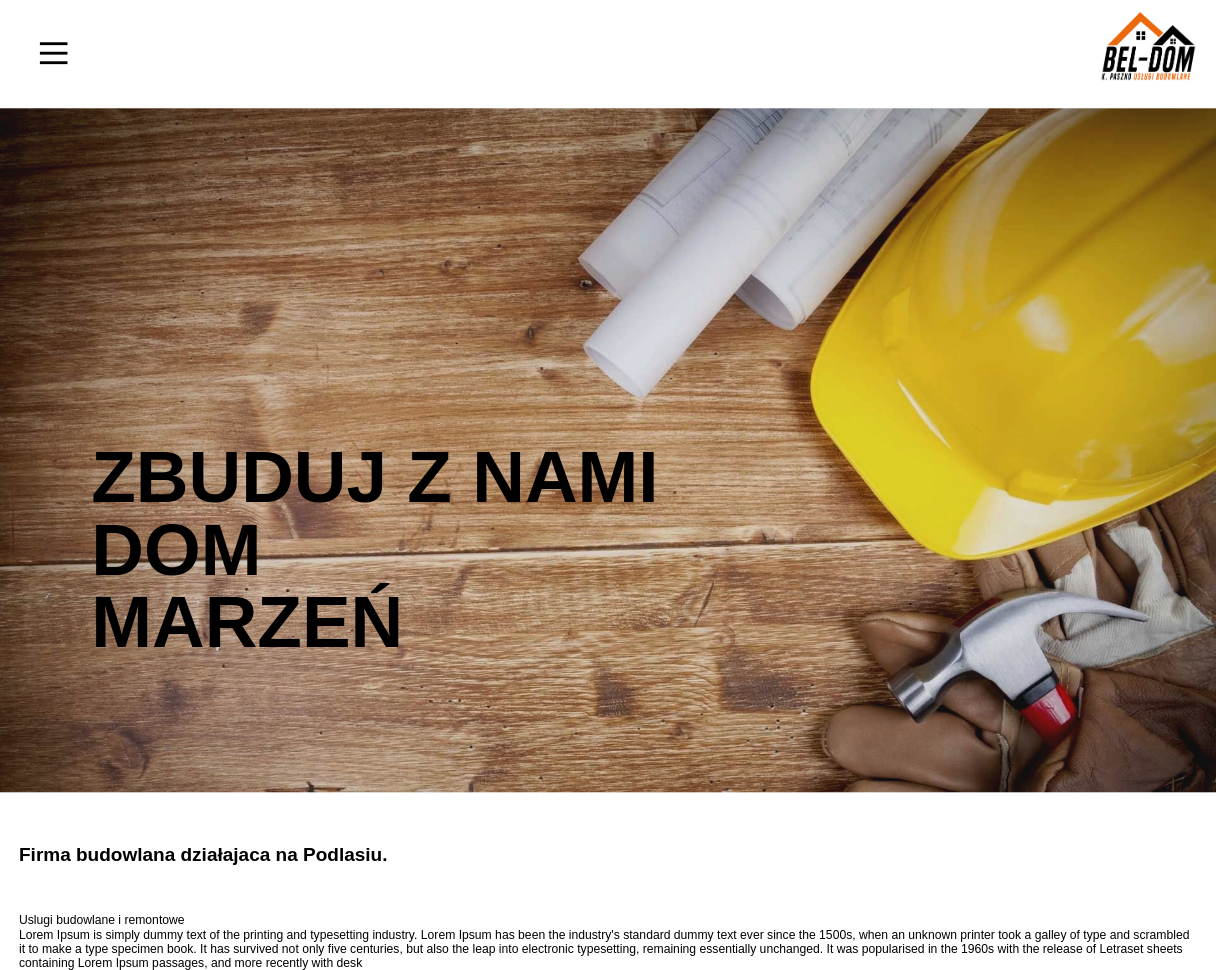
Repository: JakubPaszko2001/bel
Page: index.html
The author's editor kept a copy of each file at every save. The page is drawn from the files as they stood at one save, then again after the next save.
The browser window is 1280 px wide. The pictures show the whole page, at 95% of full size.
Some web fonts or font styles are not loaded; a fallback is used.

Above is the page before, as saved 2022-01-05 21:47:07.

### index.html
<!DOCTYPE html>
<html lang="pl-PL">
<head>
    <meta charset="UTF-8">
    <meta http-equiv="X-UA-Compatible" content="IE=edge">
    <meta name="viewport" content="width=device-width, initial-scale=1.0">
    <title>BEL-DOM</title>
    <link rel="preconnect" href="https://fonts.googleapis.com">
    <link rel="preconnect" href="https://fonts.gstatic.com" crossorigin>
    <link href="https://fonts.googleapis.com/css2?family=Prompt:wght@300;400;700&display=swap" rel="stylesheet">
    <link rel="stylesheet" href="style.css">
</head>
<body>
<!-- HEADER -->
<header>
    <div class="container">
        <!-- SPAN -->
        <button class="hamburger">
            <span class="hamburger__menu">
                <span class="hamburger__inner"></span>
            </span>
        </button>
        <!-- LOGO -->
        <div class="header__logo">
            <img class="logo__pic" src="./images/logo.png" alt="logo">
        </div>
    </div>
</header>
<!-- MAIN -->
<main>
    <!-- NAV -->
    <div class="navigation">
        <ul class="navigation__list">
            <li class="navigation__item"><a href="#">jeden</a></li>
            <li class="navigation__item"><a href="#">dwa</a></li>
            <li class="navigation__item"><a href="#">trzy</a></li>
            <li class="navigation__item"><a href="#">cztery</a></li>
        </ul>
    </div>
    <!-- MAIN CONTAINER -->
    <div class="main__container">
        <div class="background__pic">
            <img src="./images/tlo1.png" alt="background">
        </div>
    <!-- TEXT ON IMG -->
    <h1 class="text">ZBUDUJ Z NAMI <br>DOM <br> MARZEŃ</h1>
    </div>
    <!-- TEXT -->
    <div class="main__text">
        <h1 class="main__text-h1">Firma budowlana działajaca na Podlasiu.</h1>
        <h3 class="main__text-h3">Uslugi budowlane i remontowe</h3>
        <h4 class="main__text-h4">Lorem Ipsum is simply dummy text of the printing and typesetting industry. Lorem Ipsum has been the industry's standard dummy text ever since the 1500s, when an unknown printer took a galley of type and scrambled it to make a type specimen book. It has survived not only five centuries, but also the leap into electronic typesetting, remaining essentially unchanged. It was popularised in the 1960s with the release of Letraset sheets containing Lorem Ipsum passages, and more recently with desk</h4>
    </div>
</main>
<script src="./js/script.js" type="text/javascript"></script>
</body>
</html>

### style.css
:root {
    /* WEIGHT */
    --ww-bold: 700;
    --ww-normal: 400;
    --ww-small: 300;
    /* COLORS */
    --color-orange: #EB680D;
    --color-black: #000000;
    /* SPACING */
    --margin: 1.25em;
    /* FONT SIZE */
    --fs-12: 1.25em;
    --fs-10: 0.8em;

}
* {
    margin: 0;
    padding: 0;
    box-sizing: border-box;
    font-family: 'Prompt', sans-serif;}
img {
    width: 100%;
    object-fit: cover;
}
.logo__pic {
    width: 6.875em;
    height: 6.875em;
}
.container {
    display: flex;
    margin: 0 var(--margin);
    justify-content: space-between;
    align-items: center;
}
.hamburger {
    padding: 1.625em;
    display: inline-block;
    cursor: pointer;
    background: transparent;
    border: 0;
    margin: 0;
}
.hamburger__menu  {
    width: 2.1875em;
    height: var(--margin);
    display: inline-block;
    position: relative;
}
.hamburger__inner {
    z-index: 999;
    width: 100%;
    height: 3px;
    background-color: black;
    position: absolute;
    left: 0;
    top: 50%;
    transform: translateY(-50%);
    transition: background-color 0.1s 0.2s ease-in-out;
}
.hamburger__inner::before,
.hamburger__inner::after {
    content: '';
    width: 100%;
    height: 3px;
    background-color: var(--color-black);
    position: absolute;
    left: 0;
    transition: transform 0.2s 0.2s ease-in-out;

}
.hamburger__inner::before {
    /* transform: translateY(-10px); */
    top: -10px;
}
.hamburger__inner::after {
    /* transform: translateY(10px); */
    top: 10px;
}
.hamburger--active .hamburger__inner {
    background-color: transparent;
}
.hamburger--active .hamburger__inner::before {
    transform: translateY(10px) rotate(45deg);
    background-color: var(--color-orange);
}
.hamburger--active .hamburger__inner::after {
    transform: translateY(-10px) rotate(-45deg);
    background-color: var(--color-orange);
}
.navigation {
    position: absolute;
    top: 0;
    left: 0;
    width: 10.9375em;
    height: 100vh;
    background-color: var(--color-black);
    display: flex;
    flex-direction: column;
    align-items: center;
    transform: translateX(-200px);
    transition: transform 0.3s 0.1s ease-in-out;
    z-index: 100;
}
.navigation--active {
    transform: translateX(0px);
}
.navigation__list {
    list-style: none;
}
.navigation__item {
    margin-bottom: 2.5em;
}
li:first-child {
    margin-top: 9.375em;
}
a {
    text-decoration: none;
    color: var(--color-orange);
    font-size: var(--margin);
}
.main__container {
    position: relative;
    z-index: 1;
}
.text {
    position: absolute;
    bottom: 20%;
    left: var(--margin);
    /* border: springgreen solid; */
    line-height: 1em;
    font-size: 6vw;
    font-weight: var(--ww-bold);
}
.main__text {
    margin: 0 var(--margin);
}
.main__text-h1 {
    margin-top: 2.5em;
    margin-bottom: 2.5em;
    font-size: var(--fs-12);
    font-weight: var(--ww-bold);

}
.main__text-h3 {
    font-size: var(--fs-10);
    font-weight: var(--ww-normal);
}
.main__text-h4 {
    font-size: var(--fs-10);
    font-weight: var(--ww-normal);
}

### js/script.js
const hamburger = document.querySelector('.hamburger');
const Click = () => {
    hamburger.classList.toggle('hamburger--active');
}
hamburger.addEventListener('click',Click);

After the next save:
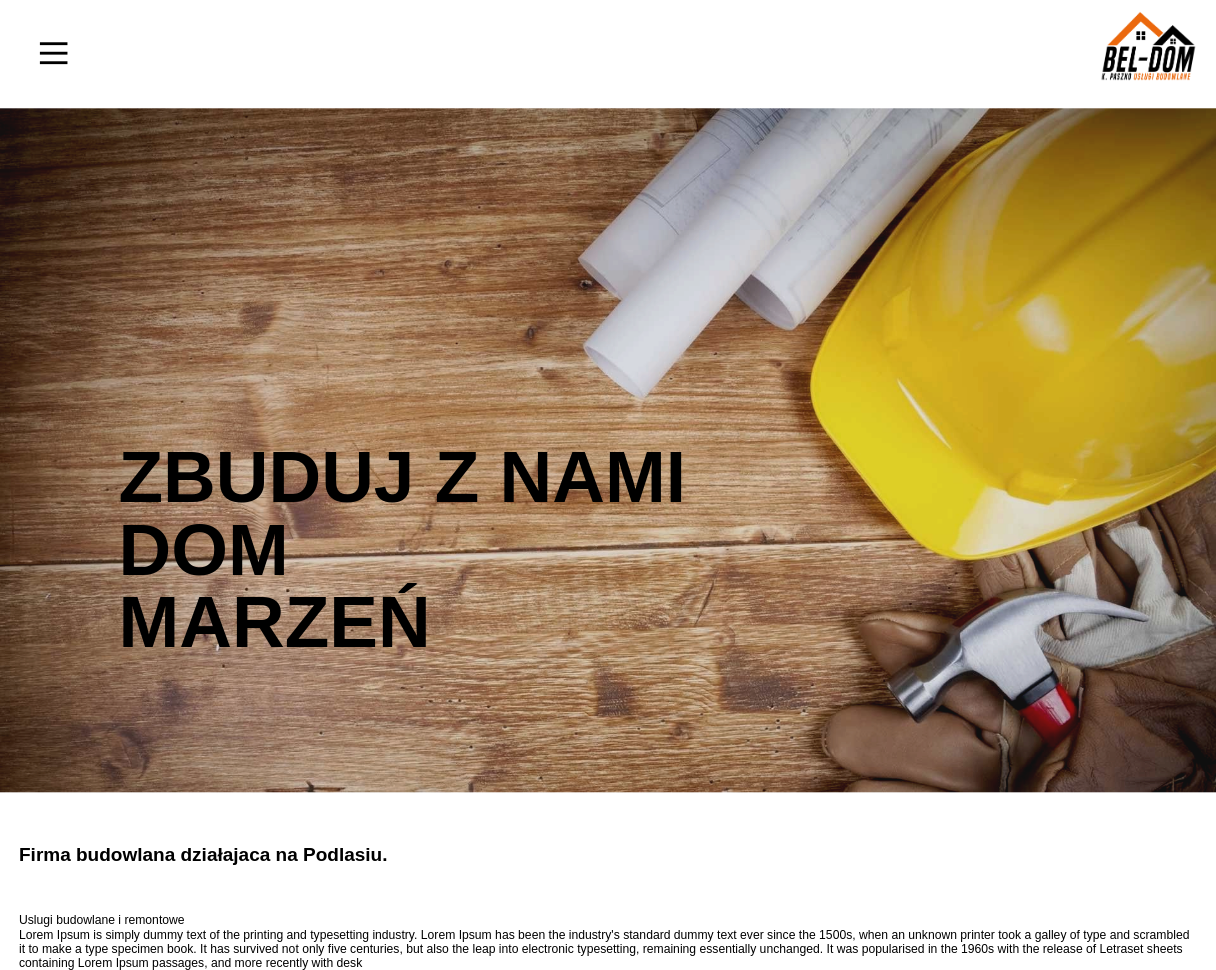
Saved 48 s later.
--- a/style.css
+++ b/style.css
@@ -125,7 +125,8 @@
 .text {
     position: absolute;
     bottom: 20%;
-    left: var(--margin);
+    left: 1.625em;
+    /* left: var(--margin); */
     /* border: springgreen solid; */
     line-height: 1em;
     font-size: 6vw;
